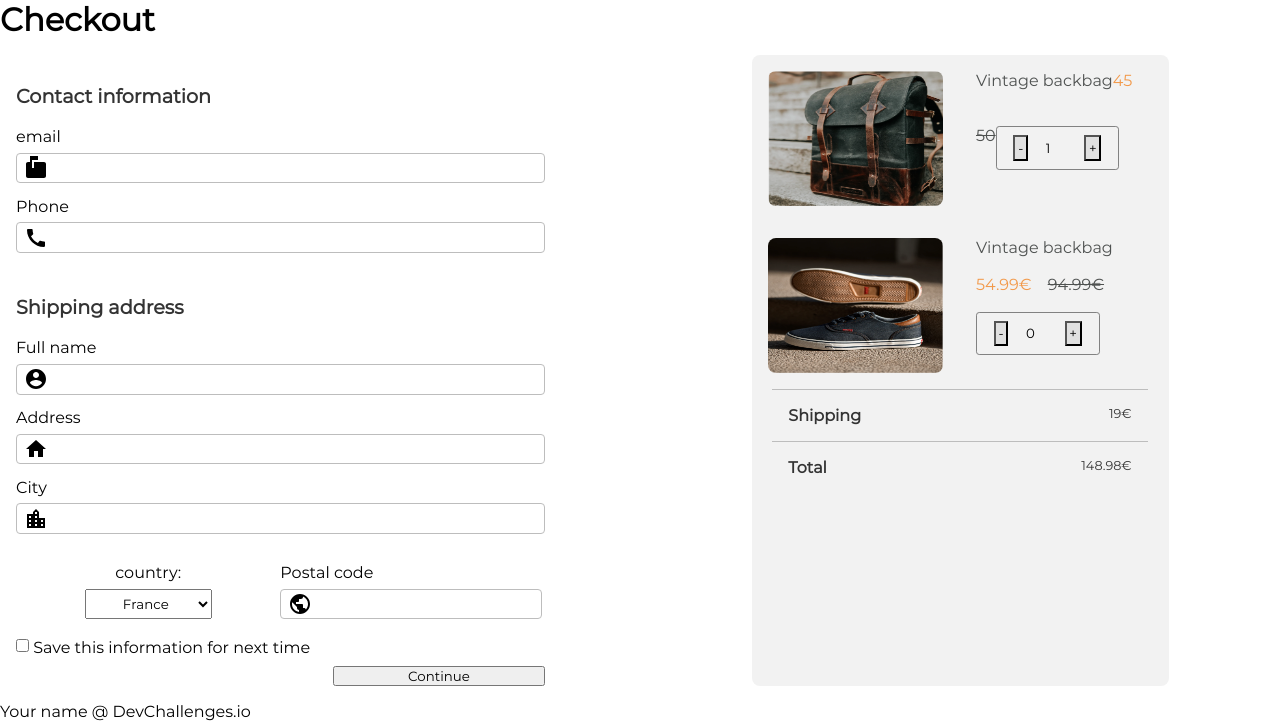
Repository: dubar-jeremy/checkout-page-master
Page: index.html
The author's editor kept a copy of each file at every save. The page is drawn from the files as they stood at one save, then again after the next save.
The browser window is 1280 px wide. The pictures show the whole page.
The style sheet was rebuilt from its Sass, Less or Tailwind sources for each picture, by a compiler version that may differ from the author's.

Above is the page before, as saved 2021-02-06 00:10:02.

### index.html
<!doctype html>
<html lang="fr">
<head>
  <meta charset="UTF-8">
  <meta name="viewport"
        content="width=device-width, user-scalable=no, initial-scale=1.0, maximum-scale=1.0, minimum-scale=1.0">
  <meta http-equiv="X-UA-Compatible" content="ie=edge">
  <link rel="stylesheet" href="style/style.css">
  <link href="https://fonts.googleapis.com/icon?family=Material+Icons"
        rel="stylesheet">
  <title>Document</title>
  <script src="js/form.js" type="text/javascript"></script>
</head>
<body>

<main>
  <h1>Checkout</h1>
  <div class="grid-container">
    <form>
      <h2>Contact information</h2>
      <div>
      <label for="email">email</label>
      <input class="email" type="email" name="email" id="email">
      <span class="invalid valid" id="email">E-mail invalide</span>
      </div>

      <div>
      <label for="tel">Phone</label>
      <input class="tel" type="tel" name="tel" id="tel">
      <span class="invalid">Numéro inccorect</span>
      </div>

      <h2>Shipping address</h2>

      <div>
      <label for="name">Full name</label>
      <input class="name" type="text" name="name" id="name">
      <span class="invalid">Champ obligatoire</span>
      </div>

      <div>
      <label for="address">Address</label>
      <input class="address" type="text" name="address" id="address">
      <span class="invalid">Champ obligatoire</span>
      </div>

      <div>
      <label for="city">City</label>
      <input class="city" type="text" name="city" id="city">
      <span class="invalid">Champ obligatoire</span>
      </div>


      <div class="form-btn">
        <div class="select-country">
          <label for="country">country:</label>
          <select id="country">
            <option value="france">France</option>
            <option value="england">Angleterre</option>
            <option value="spain">Espagne</option>
          </select>
          <span class="invalid">Champ obligatoire</span>
        </div>
        <div class="input-postal-code">
          <label for="postalCode">Postal code</label>
          <input class="postal-code" type="text" name="postalCode" id="postalCode">
          <span class="invalid">Champ obligatoire</span>
        </div>
      </div>

      <div>
        <input type="checkbox">
        <label>Save this information for next time</label>
      </div>
      <button type="submit">Continue</button>
    </form>
    <div class="checkout-container">
      <div class="inner-block">
        <img src="img/photo1.png">
        <div class="details-article">
          <h2>Vintage backbag</h2>
          <span class="new-price">54.99€</span>
          <span class="old-price">94.99€</span>
          <div class="click">
            <button class="nbr-article minus btn">-</button>
            <input type="text" value="0" class="nbr-value quantity">
            <button class="nbr-article plus btn">+</button>
          </div>
        </div>
        <img src="img/photo2.png">
        <div class="details-article">
          <h2>Vintage backbag</h2>
          <span class="new-price">54.99€</span>
          <span class="old-price">94.99€</span>
          <div class="click">
            <button class="nbr-article plus btn">-</button>
            <input type="text" value="0" class="nbr-value">
            <button class="nbr-article minus btn">+</button>
          </div>
        </div>
      </div>
      <div class="price-part">
        <p>Shipping</p>
        <p>19€</p>
      </div>
      <div class="price-part">
        <p>Total</p>
        <p>148.98€</p>
      </div>
      <div>
      </div>
    </div>
</main>
<footer>
  <p>Your name @ DevChallenges.io</p>
</footer>
</body>
</html>

### js/form.js
window.onload = function () {
  const plus = document
    .querySelector(".plus")
    .addEventListener("click", increase);
  const minus = document
    .querySelector(".minus")
    .addEventListener("click", decrease);

  let i = 0;
  let initialPrice = 50;
  let priceAfterDiscount = increase();

  function increase() {
    // price * 10 / 100 = 10% reduce
    i++;

    let items = (document.querySelector(".nbr-value").value = i);
    let qty = parseInt(items);
    let newPrice = initialPrice * qty;
    let priceBeforeDiscount = newPrice;
    document.querySelector(".old-price").innerHTML = priceBeforeDiscount;
    newPrice -= (newPrice * 10) / 100;
    let priceAfterDiscount = newPrice;
    document.querySelector(".new-price").innerHTML = priceAfterDiscount;
    return priceAfterDiscount;
  }

  function decrease() {
    if (i >= 1) {
      i--;
      let items = (document.querySelector(".nbr-value").value = i);
      let qty = parseInt(items);
      let newPrice = initialPrice * qty;
      document.querySelector(".new-price").innerHTML = newPrice;
      let oldPrice = qty * priceAfterDiscount;
      document.querySelector(".old-price").innerHTML = oldPrice;
      console.log(oldPrice);
    }
  }
};

### style/style.scss
/*
Colors, fonts & reset
*/

$main-title: #4e5150;
$sub-title: #333333;
$btn-price: #f2994a;

$form-title: #4f4f4f;
$form-placeholder: #828282;

$background-nbr-article: #e0e0e0;

$background-price: #f2f2f2;

@font-face {
  font-family: "Montserrat";
  src: url("/fonts/Montserrat/Montserrat-Regular.ttf") format("truetype");
}

* {
  margin: 0;
  padding: 0;
  box-sizing: border-box;
  font-family: "Montserrat", sans-serif;
}

/*
  Main area
*/

.grid-container {
  display: grid;
  grid-template-columns: 1fr;
  margin: 1em;
  grid-gap: 2em;
  h1 {
    display: inline;
    grid-row: 1 / 2;
    color: $main-title;
    font-size: 1.5em;
    margin-bottom: 0.8em;
  }
}

form {
  display: flex;
  flex-direction: column;

  h2 {
    color: $sub-title;
    font-size: 1.2em;
    margin-top: 1.5em;
    margin-bottom: 1em;
  }

  input {
    width: 100%;
    margin-bottom: 1em;
    margin-top: 0.5em;
  }

  input[type="checkbox"] {
    width: inherit;
  }

  @mixin iconStyle {
    background-color: transparent;
    background-repeat: no-repeat;
    background-position: 0.5em center;
    padding-left: 2.5em;
    height: 2.3em;
    border: 0.09em solid #bdbdbd;
    border-radius: 0.3em;
  }

  .email {
    @include iconStyle;
    background-image: url("../icons/markunread_mailbox-24px.svg");
  }
  .tel {
    @include iconStyle;
    background-image: url("../icons/call-24px.svg");
  }
  .name {
    @include iconStyle;
    background-image: url("../icons/account_circle-24px.svg");
  }
  .address {
    @include iconStyle;
    background-image: url("../icons/home-24px.svg");
  }
  .city {
    @include iconStyle;
    background-image: url("../icons/location_city-24px.svg");
  }
  .postal-code {
    @include iconStyle;
    width: 99%;
    background-image: url("../icons/public-24px.svg");
  }

  .form-btn {
    width: 100%;
    display: flex;
    justify-content: space-between;
    margin-top: 1em;
    flex-wrap: wrap;
    align-items: center;

    .select-country {
      flex-basis: 50%;
      display: flex;
      flex-wrap: wrap;
      justify-content: center;

      label {
        width: 100%;
        text-align: center;
      }

      select {
        height: 2.3em;
        padding-left: 2.5em;
        margin-bottom: 1em;
        margin-top: 0.5em;
      }
    }

    .input-postal-code {
      flex-basis: 50%;
    }
  }

  button {
    width: 40%;
    align-self: end;
  }
}

.checkout-container {
  grid-row: 2 / 3;
  background: $background-price;
  border-radius: 0.5em;
}

.inner-block {
  display: grid;
  grid-template-columns: 1fr 1fr;
  grid-gap: 2em;
  max-width: 385px;
  max-height: 535px;
  margin: 1em;

  h2 {
    color: $main-title;
    display: inline;
    font-size: 1em;
    font-weight: normal;
  }

  img {
    width: 100%;
    max-width: 175px;
    max-height: 135px;
    border-radius: 0.5em;
  }

  .details-article {
    display: flex;
    flex-wrap: wrap;

    .new-price {
      color: $btn-price;
      margin-right: 1em;
    }

    .old-price {
      color: $main-title;
      text-decoration: line-through;
    }

    .click {
      display: flex;
      justify-content: space-around;
      width: 70%;
      height: min-content;
      background: transparent;
      border: 0.1em solid $form-placeholder;
      border-radius: 0.2em;
      padding: 0.5em;

      input {
        background: transparent;
        width: 20%;
        border: none;
      }

      .nbr-article {
        background: $background-nbr-article;
        padding: 0.2em;
      }
    }
  }
}

.price-part {
  display: flex;
  justify-content: space-between;
  width: 90%;
  margin: 0 auto;
  padding: 1em;
  border-top: 1px solid #bdbdbd;
  color: #333333;

  p:nth-child(1) {
    color: $sub-title;
    font-weight: bold;
  }

  p:nth-child(2) {
    font-size: 0.8em;
  }
}

.invalid {
  display: none;
  color: red;
}

.valid {
  color: green;
}

@media screen AND (min-width: 900px) {
  .grid-container {
    grid-template-columns: 1fr 1fr;
    justify-items: start;
  }

  .checkout-container {
    grid-row: 1 / 2;
    grid-column: 2 / 3;
    margin: 0 auto;
  }
  .form {
    grid-row: 1 / 2;
    grid-column: 1 / 2;
  }
}

After the next save:
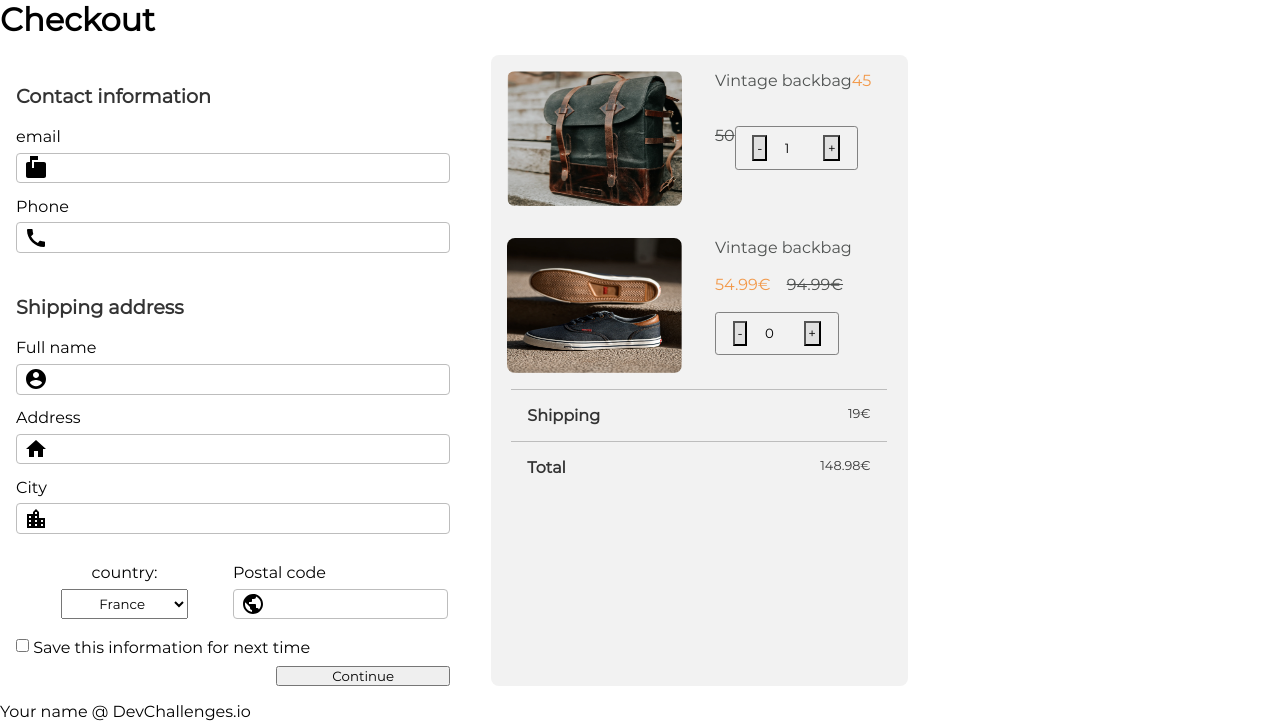
Saved 40 s later.
--- a/style/style.scss
+++ b/style/style.scss
@@ -34,6 +34,7 @@ $background-price: #f2f2f2;
   grid-template-columns: 1fr;
   margin: 1em;
   grid-gap: 2em;
+  max-width: 900px;
   h1 {
     display: inline;
     grid-row: 1 / 2;
